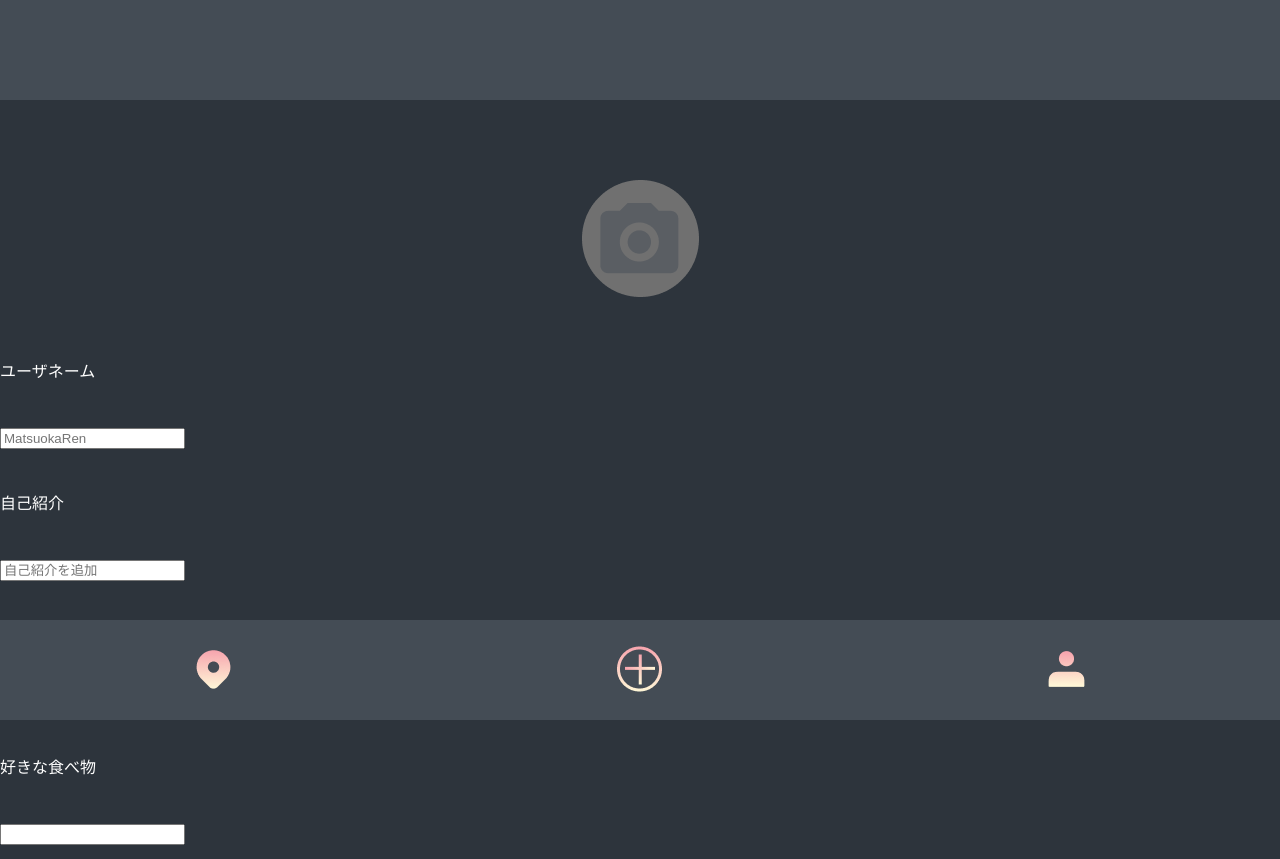
Repository: ren0714poo/respos
Page: edit.html
These files come from the project's save history. The page is drawn as it stood at one moment and after the next save; the edit follows.
The browser window is 1280 px wide. The pictures show the whole page.

Above is the page before, as saved 2025-07-17 14:06:53.

### edit.html
<!DOCTYPE html>
<html lang="ja">
<head>
  <meta charset="UTF-8">
  <meta name="viewport" content="width=device-width, initial-scale=1.0">
  <title>respos_edit</title>
  <link rel="stylesheet" href="css/edit.css">
</head>
<body>
  <header>
  </header>

  <main>
    <div class="edit_img"><img src="img/camera_chenge.png" alt="カメラ変更"></div>
    <div class="edit">
      <div class="a">
        <p>ユーザネーム</p>
        <input type="text" placeholder="MatsuokaRen"><br>
      </div>
      <p>自己紹介</p>
      <input type="text" placeholder="自己紹介を追加"><br>
      <p>リンク</p>
      <input type="text" placeholder="リンクを追加"><br>
      <p>好きな食べ物</p>
      <input type="text">


    </div>
  </main>

  <footer>
    <button type="button" id="pin" onclick="location.href='top.html'"><img src="img/tabler_map-pin-filled.png" alt="ピン"></button>
    <button type="button"><img src="img/post.png" alt="投稿"></button>
    <button type="button" id="profile" onclick="location.href='profile.html'"><img src="img/icon-park-solid_people.png" alt="プロフィール"></button>
  </footer>

</body>
</html>

### css/edit.css
@media screen and (max-width:480px){


}

html, body {
  color: white;
  background: #2D343C;
  height: 100%;
  margin: 0;
  padding: 0;
  display: grid;
  grid-template-rows: 100px calc(100vh - 200px) 100px;
  grid-template-areas:
  "header"
  "main"
  "footer"
  ;
}



header{
  width: 100%;
  height: 100px;
  background: #444C55;
  display: flex;
  grid-area: header;
}




main{
  width: 100%;
  height: 100%;
  grid-area: main;
}

.edit {
  display: f;
  margin-top: 50px;
  line-height: 50px;
}

.edit_img {
  display: flex;
  flex-direction: column;
  align-items: center;
  margin-top: 80px;
}











footer {
  background: #444C55;
  display: flex;
  justify-content: space-around;
  align-items: center;
}

footer button {
  background: transparent;
  border: none;
}

After the next save:
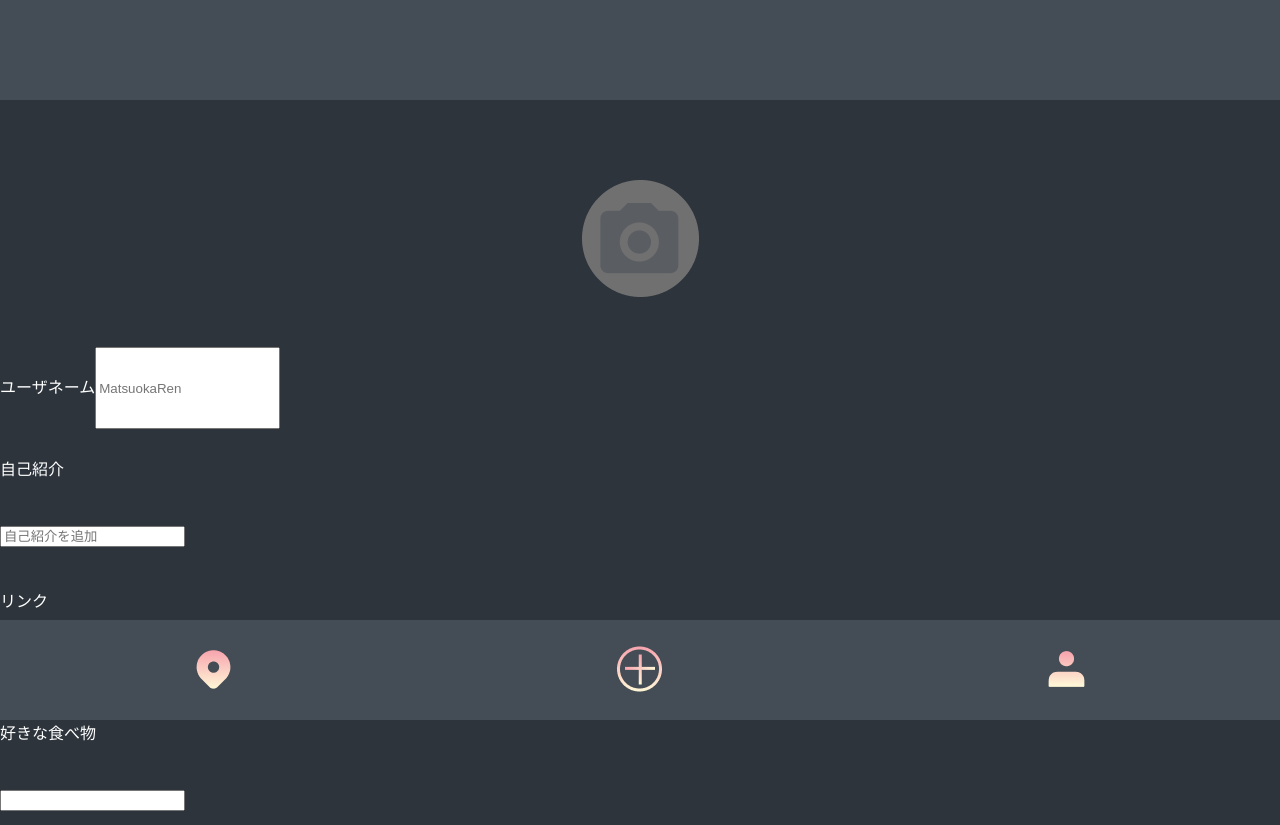
Saved 17 s later.
--- a/css/edit.css
+++ b/css/edit.css
@@ -42,6 +42,9 @@ main{
   margin-top: 50px;
   line-height: 50px;
 }
+.a{
+  display: flex;
+}
 
 .edit_img {
   display: flex;

After the save that followed:
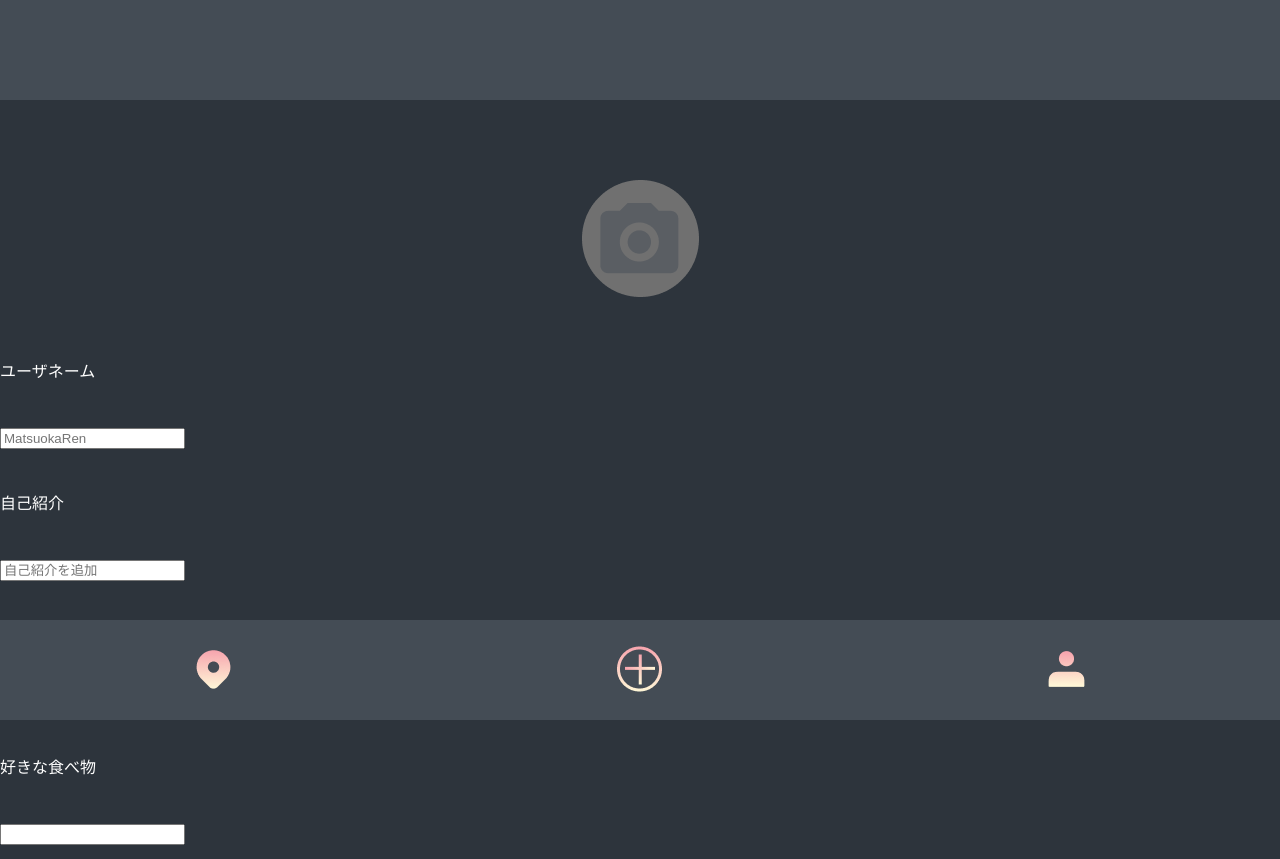
Saved 46 s later.
--- a/edit.html
+++ b/edit.html
@@ -13,7 +13,7 @@
   <main>
     <div class="edit_img"><img src="img/camera_chenge.png" alt="カメラ変更"></div>
     <div class="edit">
-      <div class="a">
+      <div class="editflex">
         <p>ユーザネーム</p>
         <input type="text" placeholder="MatsuokaRen"><br>
       </div>
